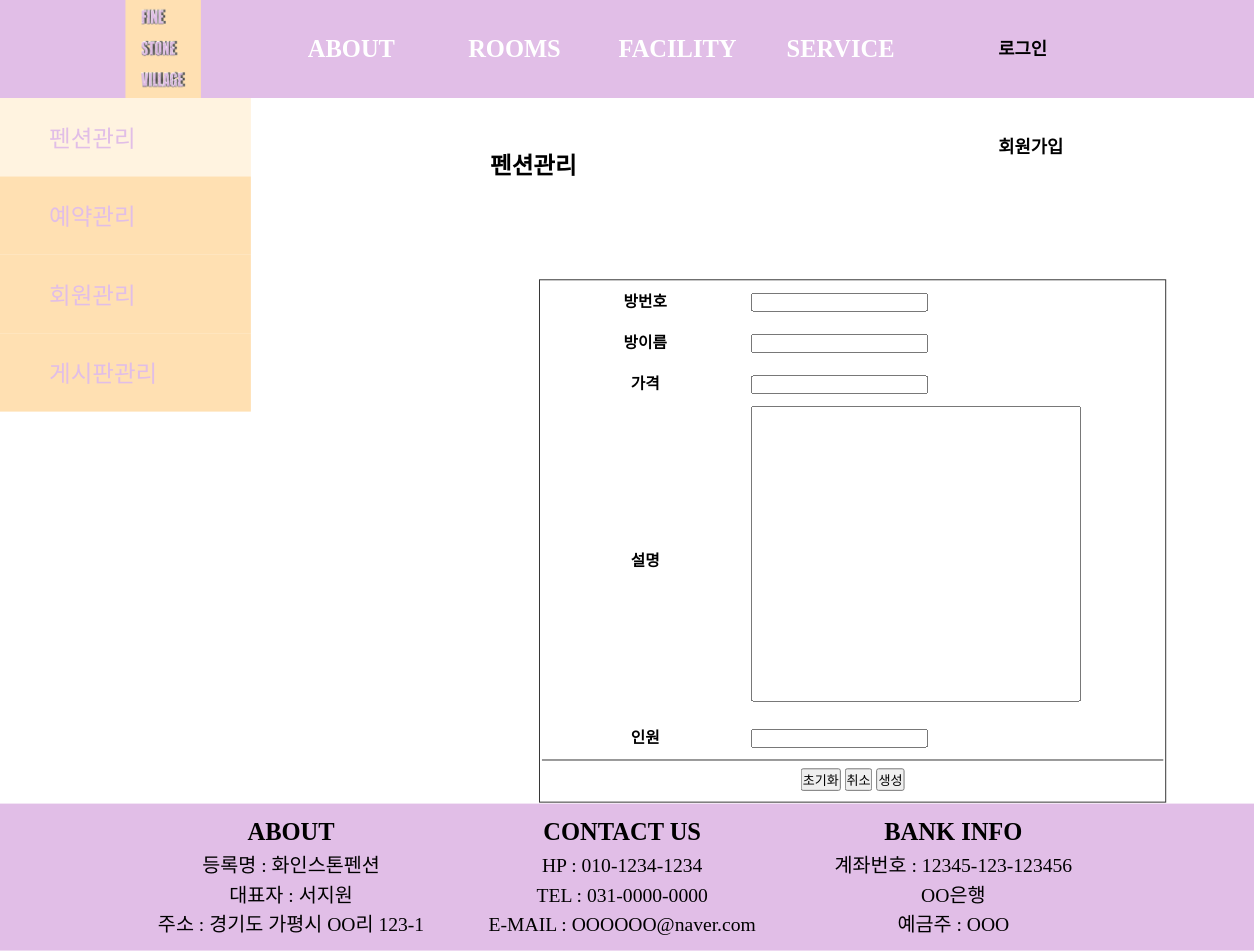
Repository: yoonjaesub/-pensionProject
Page: http://localhost/pension_project/WEB-INF/views/room/pension_create.jsp
The author's editor kept a copy of each file at every save. The page is drawn from the files as they stood at one save, then again after the next save.
The browser window is 1280 px wide. The pictures show the whole page, at 98% of full size.
Some web fonts or font styles are not loaded; a fallback is used. The page is served by Tomcat 9. Nobody is signed in. The template is opened directly, without the code that normally fills it, so the values that code supplies are empty.

Above is the page before, as saved 2021-01-18 12:34:28.

After the next save:
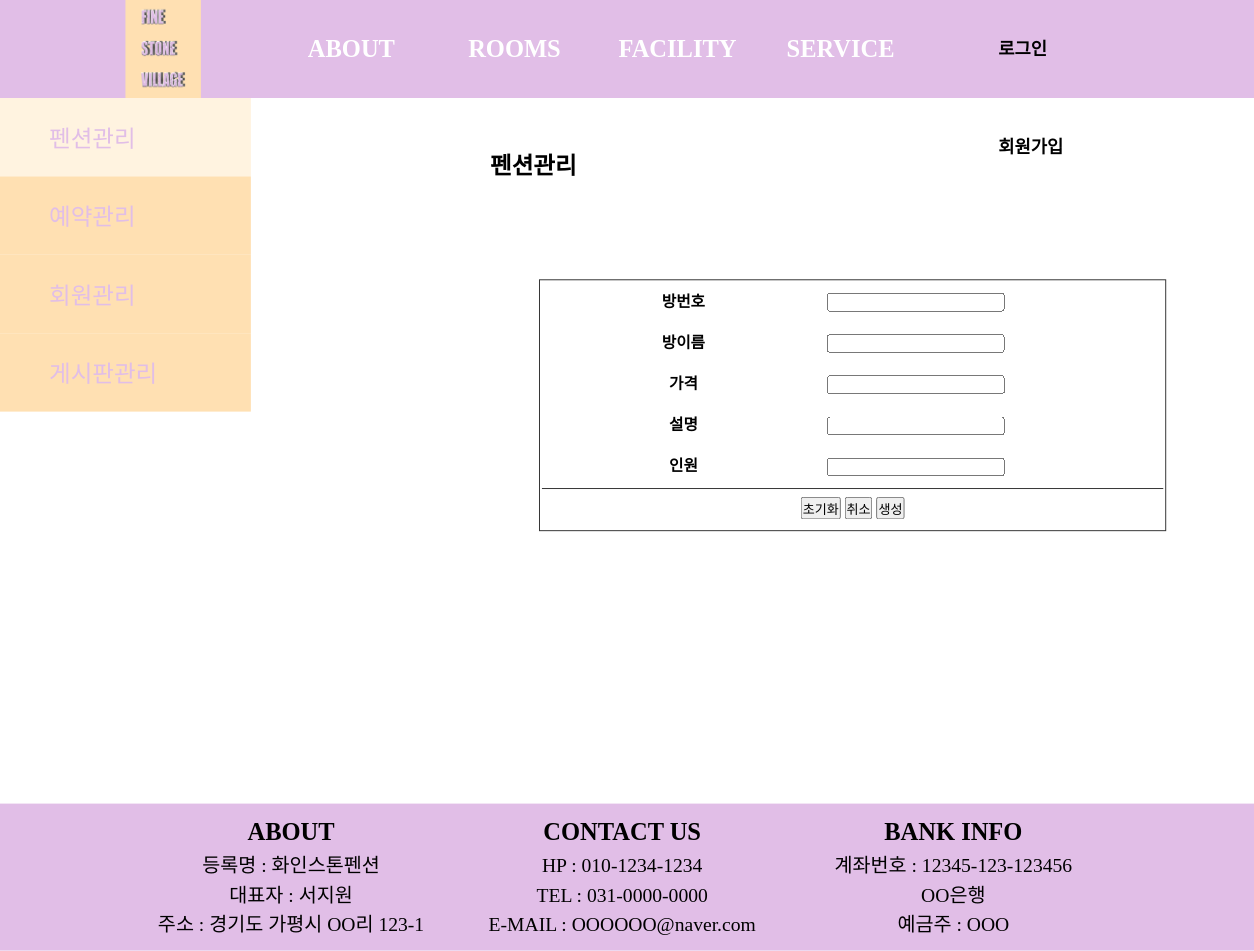
Saved 2 min 45 s later.
--- a/Project_content/pension_project/src/main/webapp/WEB-INF/views/room/pension_create.jsp
+++ b/Project_content/pension_project/src/main/webapp/WEB-INF/views/room/pension_create.jsp
@@ -94,7 +94,7 @@ th, td {
 				</tr>
 				<tr>
 					<th>설명</th>
-					<td><textarea rows="20" cols="40" style= "resize : none;" name="r_description" id="r_description"></textarea></td>
+					<td><input type="text" name="r_description" id="r_description" /></td>
 
 				</tr>
 				<tr>
